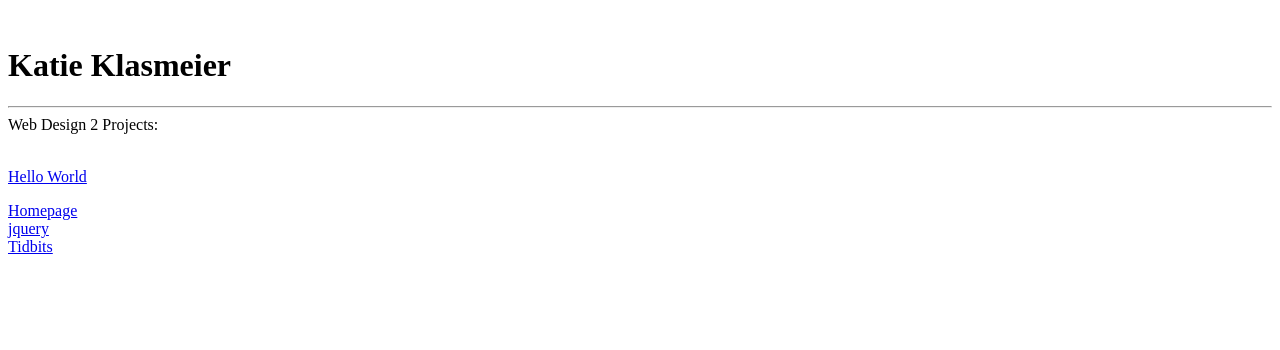
Repository: kklasmei/kklasmei.github.io
Page: tidbits/april21.html
The author's editor kept a record of every edit. The page is drawn from the files as they stood at one moment, then again after the next edit.
The browser window is 1280 px wide. The pictures show the whole page.

Above is the page before.

### tidbits/april21.html
<html>
    <head>
        <title>April</title>
    </head>
    <body>
        <br>
        <h1>Katie Klasmeier</h1>
        <hr>
        <p1 class= "helloworld">Web Design 2 Projects:</p1>
        <br>
        <br>
        <div class= "helloworld">
            <p><a href= "helloworld/helloworld.html">Hello World</a></p></div>
        <div>
            <a href= "classpage/classpage.html">Homepage</a></div>
        <div>
            <a href= "jquery/jindex.html">jquery</a></div>
        <div>
            <a href= "tidbits/home.html">Tidbits</a></div>
        <!--<div>
            <a href= "proj1/helloworld.html">Project 4</a></div> --
        <br>
        <br>
        <img src="img/cheeseburger.jpg" width= 100%> !-->
    </body>


</html>

### tidbits/tidbits.css
h1 {
    text-align: center;
    font-size: 80;
    padding-top: 50;
    font-family: Archer;
    opacity: .6;
    background-color: #565656;
    color: transparent;
    text-shadow: 0px 2px 3px rgba(167,219,219,.5);
  -webkit-background-clip: text;
     -moz-background-clip: text;
          background-clip: text;
}

h2 {
    text-align: center;
    font-size: 14;
    font-family: Archer;
    opacity: .6;
    background-color: #565656;
    padding-bottom: 8;
    color: transparent;
    text-shadow: 0px 1px 2px rgba(68,219,219,.5);
  -webkit-background-clip: text;
     -moz-background-clip: text;
          background-clip: text;
}

body {
    background: #cbe5e3;
    margin: 0;
    padding: 0;
}

hr {
    margin-bottom: 40;
    width: 75%;
    color: #44dbdb;
    display: block;
    height: 0;
}

.submit {
    text-align: center;
}

.month, .day {
    display: inline;
}

.date {
    text-align: center;
}

#searchbody {
	float: right;
	padding-left: 75%;
	padding-top: 20px;
	margin-right: 15px;
	position: absolute;

}

.bar {
		margin: 0;
		padding: 2px 10px;
		font-family: Archer;
		font-size: 12px;
		border: 2px solid #99c7c8; border-right: 0px;
		border-top-left-radius: 5px 5px;
		border-bottom-left-radius: 5px 5px;
		background-color: transparent;
}

.bar:focus {
    outline: none;
}

.button {
		margin: 0;
		padding: 3px 3px;
		font-family: Archer;
		font-size: 12px;
		cursor: pointer;
		text-align: center;
		color: #cbe5e3;
		border: solid 1px #99c7c8; border-right:0px;
		background: #99c7c8;
		background: -webkit-gradient(linear, left top, left bottom, from(#99c7c8), to(#99c7c8));
		background: -moz-linear-gradient(top,  #99c7c8,  #99c7c8);
		border-top-right-radius: 5px 5px;
		border-bottom-right-radius: 5px 5px;
	}
	.tfbutton:hover {
		text-decoration: none;
		background: #99c7c8;
		background: -webkit-gradient(linear, left top, left bottom, from(#99c7c8), to(#99c7c8));
		background: -moz-linear-gradient(top,  #99c7c8,  #99c7c8);
	}
	/* Fixes submit button height problem in Firefox */
	.tfbutton::-moz-focus-inner {
	  border: 0;
	}
	.tfclear{
		clear:both;
	}

p1 {
    font-family: Archer-Bold;
    float: left;
    font-size: 25;
    padding-top: 20px;
    margin-left: 20px;
    opacity: .6;
    background-color: #565656;
    color: transparent;
    text-shadow: 0px 2px 3px rgba(167,219,219,.5);
  -webkit-background-clip: text;
     -moz-background-clip: text;
          background-clip: text;
}

p1, #searchbody {
    display: inline;
}

After the next edit:
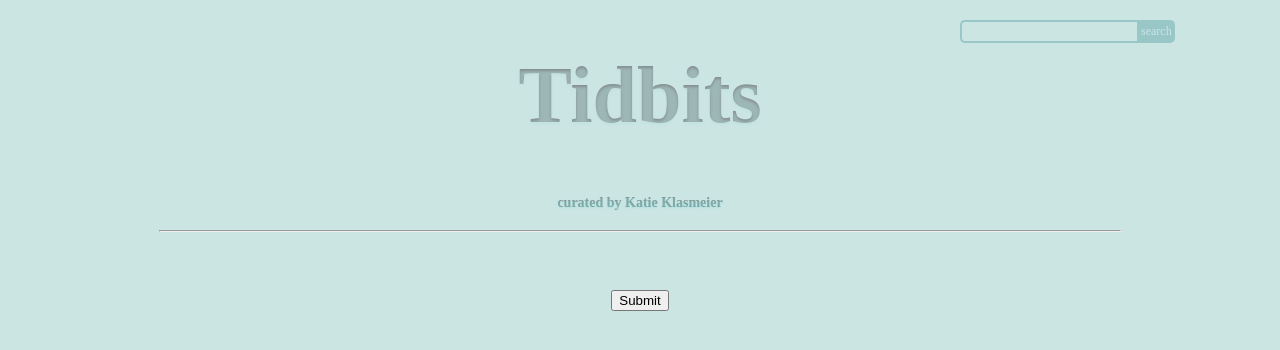
The edit:
--- a/tidbits/april21.html
+++ b/tidbits/april21.html
@@ -1,28 +1,24 @@
 <html>
     <head>
-        <title>April</title>
+        <title>Tidbits</title>
+        <link rel="stylesheet" href="tidbits.css">
     </head>
     <body>
-        <br>
-        <h1>Katie Klasmeier</h1>
+        	<div id="search">
+		<form id="searchbody" method="get" action="http://kklasmei.github.io/tidbits/home.html">
+		        <input type="text" class="bar" maxlength="70"><input type="submit" value="search" class="button">
+		</form>
+	<div class="tfclear"></div>
+	</div>
+
+        <h1> Tidbits </h1>
+        <h2> curated by Katie Klasmeier </h2>
         <hr>
-        <p1 class= "helloworld">Web Design 2 Projects:</p1>
-        <br>
-        <br>
-        <div class= "helloworld">
-            <p><a href= "helloworld/helloworld.html">Hello World</a></p></div>
-        <div>
-            <a href= "classpage/classpage.html">Homepage</a></div>
-        <div>
-            <a href= "jquery/jindex.html">jquery</a></div>
-        <div>
-            <a href= "tidbits/home.html">Tidbits</a></div>
-        <!--<div>
-            <a href= "proj1/helloworld.html">Project 4</a></div> --
-        <br>
-        <br>
-        <img src="img/cheeseburger.jpg" width= 100%> !-->
-    </body>
+    	<br>
+
+    <div class="submit"><input type="submit" value="Submit"></div>
 
 
+
+    </body>
 </html>
